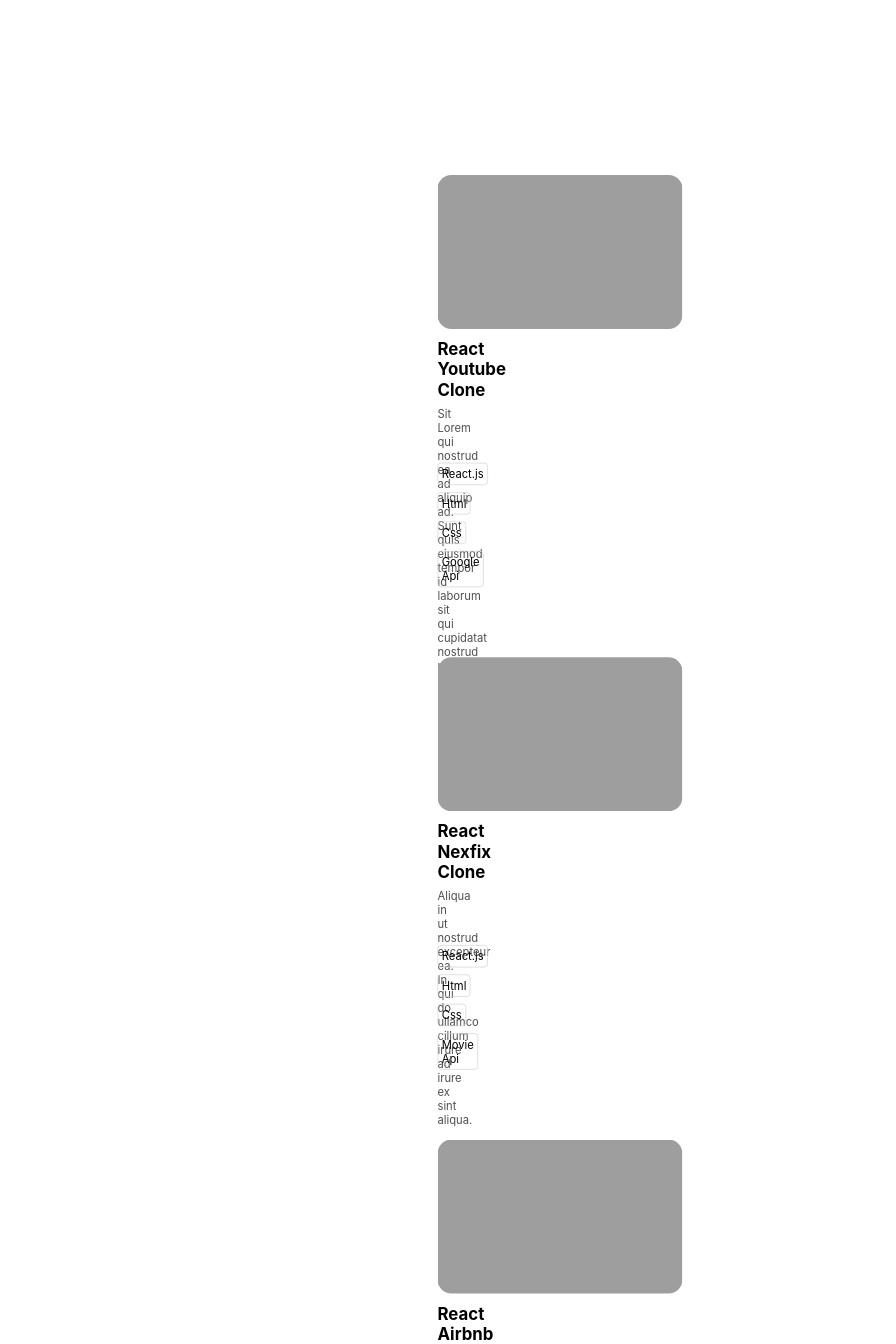
Repository: safak/safak.github.io
Page: /
The author's editor kept a copy of each file at every save. The page is drawn from the files as they stood at one save, then again after the next save.
The browser window is 1280 px wide. The pictures show the part of the page from y = 490 to 2410 px (the page is 6136 px tall), at 70% of full size.
Pictures or frames that could not be fetched are drawn as grey boxes. Backgrounds fixed to the window are drawn as part of the page. The project was rebuilt for these pictures with package versions that can differ from the ones it lists, and the page was loaded fresh each time. Also part of the build but not shown: src/App.css.

Above is the page before, as saved 2020-09-01 00:31:57.

### public/index.html
<!DOCTYPE html>
<html lang="en">
  <head>
    <meta charset="utf-8" />
    <meta name="viewport" content="width=device-width, initial-scale=1" />
    <meta name="theme-color" content="#000000" />
    <meta
      name="description"
      content="Freelance Fullstack React, Node.js Developer"
    />
    <link
      href="https://fonts.googleapis.com/css2?family=Roboto:ital,wght@0,300;0,400;0,500;0,900;1,100;1,300;1,400;1,500;1,700;1,900&display=swap"
      rel="stylesheet"
    />
    <title>Safak Kocaoglu</title>
  </head>
  <body>
    <noscript>You need to enable JavaScript to run this app.</noscript>
    <div id="root"></div>
  </body>
</html>

### src/App.js
import React, { useState, useEffect, useRef } from "react";
import "./App.css";
import Introduction from "./components/introduction/Introduction";
import Header from "./components/header/Header";
import Menu from "./components/menu/Menu";
import Portfolio from "./components/portfolio/Portfolio";
import About from "./components/about/About";
import Aos from "aos";
import "aos/dist/aos.css";

function App() {
  const [toggle, setToggle] = useState(false);
  const scrollToRef = (ref) => {
    ref.current &&
      window.scrollTo({ behavior: "smooth", top: ref.current.offsetTop });
  };
  const MenuRef = useRef();
  const HomeRef = useRef();
  const PortfolioRef = useRef();
  const AboutRef = useRef();

  useEffect(() => {
    Aos.init({
      duration: 2000,
    });
  }, []);
  return (
    <div className="app">
      <Header
        toggle={toggle}
        setToggle={setToggle}
        scrollToRef={scrollToRef}
        menuRef={MenuRef}
      />
      <div ref={MenuRef}>
        <Menu
          toggle={toggle}
          scrollToRef={scrollToRef}
          homeRef={HomeRef}
          portfolioRef={PortfolioRef}
          aboutRef={AboutRef}
        />
      </div>
      <div ref={HomeRef}>
        <Introduction scrollToRef={scrollToRef} portfolioRef={PortfolioRef} />
      </div>
      <div ref={PortfolioRef}>
        <Portfolio />
      </div>
      <div ref={AboutRef}>
        <About />
      </div>
    </div>
  );
}

export default App;

### src/components/introduction/Introduction.js
import React from "react";
import "./Introduction.css";
import { ExpandMore } from "@material-ui/icons";
import { useSpring, animated } from "react-spring";

const Introduction = ({ scrollToRef, portfolioRef }) => {
  const props = useSpring({ marginTop: 0, from: { marginTop: 500 } });

  return (
    <div className="introduction">
      <animated.div style={props} className="introductionCenter">
        <h1>Welcome to My Kitchen</h1>
        <p>
          Creative and responsive desingn, lightweight and enhanced user
          experience, clean code...
        </p>
      </animated.div>
      <ExpandMore
        className="animate-flicker"
        onClick={() => scrollToRef(portfolioRef)}
      />
    </div>
  );
};

export default Introduction;

### src/components/header/Header.js
import React from "react";
import "./Header.css";
import { Menu } from "@material-ui/icons";

const Header = ({ toggle, setToggle, scrollToRef, menuRef }) => {
  return (
    <div className="header">
      <Menu
        onClick={() => {
          setToggle(!toggle);
          scrollToRef(menuRef);
        }}
      />
    </div>
  );
};

export default Header;

### src/components/menu/Menu.js
import React from "react";
import "./Menu.css";

const Menu = ({ toggle, scrollToRef, homeRef, portfolioRef, aboutRef }) => {
  return (
    <div className={!toggle ? "deactive" : "menu"}>
      <img
        src="https://images.pexels.com/photos/262896/pexels-photo-262896.jpeg?auto=compress&cs=tinysrgb&dpr=2&h=650&w=940"
        alt="menu"
      />
      <ul className="menuList">
        <li
          className="menuListItem"
          onClick={() => {
            scrollToRef(homeRef);
          }}
        >
          Home
        </li>
        <li className="menuListItem" onClick={() => scrollToRef(portfolioRef)}>
          Portfolio
        </li>
        <li className="menuListItem" onClick={() => scrollToRef(aboutRef)}>
          About
        </li>
        <li className="menuListItem" onClick={() => scrollToRef(aboutRef)}>
          Contact
        </li>
      </ul>
    </div>
  );
};

export default Menu;

### src/components/portfolio/Portfolio.js
import React from "react";
import "./Portfolio.css";
import ProjectCard from "../projectCard/ProjectCard";
import FlipMove from "react-flip-move";

const Portfolio = () => {
  return (
    <div className="portfolio">
      <FlipMove>
        <ProjectCard
          key="youtube"
          img="https://cdn.vox-cdn.com/thumbor/szR7Ec1Qjx3ku0RPrpriEXM-Ze0=/0x0:1200x800/1200x800/filters:focal(504x304:696x496)/cdn.vox-cdn.com/uploads/chorus_image/image/65784178/homepage.0.jpeg"
          title="React Youtube Clone"
          desc="Sit Lorem qui nostrud ea ad aliquip ad. Sunt quis eiusmod tempor id laborum sit qui cupidatat nostrud ut labore laborum sint."
          tech={["React.js", "Html", "Css", "Google Api"]}
        />
        <ProjectCard
          key="netflix"
          img="https://miro.medium.com/max/3200/1*dMR3xmufnmKiw4crlisQUA.png"
          title="React Nexfix Clone"
          desc="Aliqua in ut nostrud excepteur ea. In qui do ullamco cillum irure ad irure ex sint aliqua."
          tech={["React.js", "Html", "Css", "Movie Api"]}
        />
        <ProjectCard
          key="airbnb"
          img="https://airbnb.design/wp-content/uploads/2016/05/livethere-1.jpg"
          title="React Airbnb Clone"
          desc="Labore enim occaecat consectetur in. Minim culpa eiusmod fugiat esse magna sit est ipsum."
          tech={["React.js", "Html", "Css"]}
        />
        <ProjectCard
          key="social"
          img="https://cdn.vox-cdn.com/thumbor/Cz2FwJR57tTVWwpFhi9MTo1W7S0=/1400x788/filters:format(jpeg)/cdn.vox-cdn.com/uploads/chorus_asset/file/16202304/facebook_website_redesign_1.jpg"
          title="Social Media Application"
          desc="Est officia deserunt laborum pariatur nulla fugiat ea Lorem. Lorem reprehenderit ullamco labore nisi labore tempor ea commodo in quis."
          tech={[
            "Java Spring Boot",
            "React.js",
            "Node.js",
            "Redux",
            "Redux Saga",
            "MySql",
            "Amazon S3",
            "Google Maps Api",
            "Socket.io",
            "MongoDb",
            "Html",
            "Css",
            "Bootstrap",
            "Sass",
          ]}
        />
        <ProjectCard
          key="chat"
          img="https://mir-s3-cdn-cf.behance.net/project_modules/max_1200/9e8f6c35446557.56f7cdb535c7e.jpg"
          title="Instant Chat App"
          desc="Consectetur duis deserunt velit culpa ex duis sint commodo occaecat pariatur qui. Et exercitation aute fugiat ullamco."
          tech={[
            "React.js",
            "Socket.io",
            "Node,js",
            "MongoDb",
            "Css",
            "Google Api",
          ]}
        />
        <ProjectCard
          key="blog"
          img="https://bashooka.com/wp-content/uploads/2019/01/blog-layout-design-15.jpg"
          title="Multiuser Blog Application"
          desc="In eiusmod adipisicing ex proident consectetur dolor enim nostrud sunt excepteur et."
          tech={["React.js", "Node.js", "Context Api", "Google Firebase"]}
        />
      </FlipMove>
    </div>
  );
};

export default Portfolio;

### src/components/about/About.js
import React, { useState } from "react";
import "./About.css";
import { ExpandMore, Done } from "@material-ui/icons";
import Facebook from "../../assets/facebook.svg";
import Instagram from "../../assets/instagram.svg";
import Gmail from "../../assets/gmail.svg";
import Linkedin from "../../assets/linkedin.svg";

const About = () => {
  const [mailArea, setMailArea] = useState(false);
  const [copied, setCopied] = useState(false);

  return (
    <div className="about">
      <div className="aboutInfo">
        <h1 data-aos="fade-left">Who am I?</h1>
        <p data-aos="fade-right">
          Pasionate full stack web developer and UX/UI enthusiast who wants to
          make things different that make difference. For more information
          contact me.
        </p>
        <ExpandMore className="animate-flicker" />
        <div className="aboutContact">
          <img src={Linkedin} alt="linkedin" />
          <img
            onMouseEnter={() => {
              setMailArea(!mailArea);
              setCopied(false);
            }}
            src={Gmail}
            alt="mail"
          />
          <img src={Instagram} alt="instagram" />
          <img src={Facebook} alt="facebook" />
        </div>
        <div className={mailArea ? "activeMail" : "mail"}>
          <span className="mailAddress">kocaoglusafak@gmail.com</span>
          <button
            onClick={() => {
              navigator.clipboard.writeText("kocaoglusafak@gmail.com");
              setCopied(true);
            }}
            className="copyButton"
          >
            Copy
          </button>
          <Done className={copied ? "doneActive" : "done"} />
        </div>
      </div>
    </div>
  );
};

export default About;

### src/components/introduction/Introduction.css
.introduction {
  height: 100vh;
  display: flex;
  flex-direction: column;
  align-items: center;
  justify-content: center;
}

.introductionCenter {
  display: flex;
  flex-direction: column;
  align-items: center;
  justify-content: center;
}

.introductionCenter > h1 {
  font-size: 7vw;
  color: white; /* Fallback: assume this color ON TOP of image */
  -webkit-background-clip: text;
  -webkit-text-fill-color: transparent;
  background-image: url("https://images.pexels.com/photos/15286/pexels-photo.jpg?auto=compress&cs=tinysrgb&dpr=2&w=500");
  background-attachment: fixed;
  background-position: center;
  background-repeat: no-repeat;
  background-size: cover;
  margin: 20px;
}

.introductionCenter > p {
  font-size: 24px;
  font-weight: 300;
  margin: 20px;
  color: gray;
}

.introduction > .MuiSvgIcon-root {
  font-size: 100px;
  color: #0d4324;
  cursor: pointer;
}

@keyframes flickerAnimation {
  0% {
    opacity: 1;
  }
  50% {
    opacity: 0;
  }
  100% {
    opacity: 1;
  }
}
@-o-keyframes flickerAnimation {
  0% {
    opacity: 1;
  }
  50% {
    opacity: 0;
  }
  100% {
    opacity: 1;
  }
}
@-moz-keyframes flickerAnimation {
  0% {
    opacity: 1;
  }
  50% {
    opacity: 0;
  }
  100% {
    opacity: 1;
  }
}
@-webkit-keyframes flickerAnimation {
  0% {
    opacity: 1;
  }
  50% {
    opacity: 0;
  }
  100% {
    opacity: 1;
  }
}
.animate-flicker {
  -webkit-animation: flickerAnimation 2s infinite !important;
  -moz-animation: flickerAnimation 2s infinite !important;
  -o-animation: flickerAnimation 2s infinite !important;
  animation: flickerAnimation 2s infinite !important;
}

### src/components/header/Header.css
.header {
  position: fixed;
  top: 20px;
  right: 20px;
  z-index: 999;
}

.header > .MuiSvgIcon-root {
  font-size: 50px;
  cursor: pointer;
  z-index: 999;
}

### src/components/menu/Menu.css
.menu {
  height: 100vh;
  display: flex;
  align-items: center;
  justify-content: center;
  font-size: 40px;
  font-weight: 300;
}

.deactive {
  display: none;
}

.menu > img {
  position: absolute;
  width: 50vw;
  height: 100vh;
  object-fit: cover;
  left: 0;
  opacity: 0.4;
}

.menuList {
  list-style: none;
  z-index: 100;
}

.menuListItem {
  padding: 10px;
  cursor: pointer;
  transition: 150ms ease-in;
}

.menuListItem:hover {
  transform: scale(1.1);
  color: gray;
}

### src/components/portfolio/Portfolio.css
.portfolio{
    display: flex;
    flex-wrap: wrap;
    justify-content: center;
}

### src/components/projectCard/ProjectCard.js
import React, { forwardRef } from "react";
import "./ProjectCard.css";

const ProjectCard = forwardRef(({ img, title, desc, tech }, ref) => {
  return (
    <div ref={ref} className="projectCard">
      <img src={img} alt={title} />
      <h2>{title}</h2>
      <p>{desc}</p>
      <div className="technologies">
        {tech.map((t) => (
          <span>{t}</span>
        ))}
      </div>
    </div>
  );
});

export default ProjectCard;

### src/components/about/About.css
.about {
  height: 100vh;
  background: url("https://images.pexels.com/photos/4286956/pexels-photo-4286956.jpeg?auto=compress&cs=tinysrgb&dpr=2&h=650&w=940");
  background-attachment: fixed;
  background-position: top 0 left 0;
  background-repeat: no-repeat;
  background-size: contain;
  display: flex;
}

@media only screen and (max-width: 768px) {
  /* For mobile phones: */
  .about {
    background: white;
    display: flex;
  }
}

.aboutInfo {
  width: 500px;
  margin-top: 100px;
  margin-left: auto;
  padding-right: 10px;
  display: flex;
  flex-direction: column;
}

.aboutInfo > h1 {
  font-size: 7vw;
  margin-left: auto;
}

.aboutInfo > p {
  font-size: 20px;
  font-weight: 300;
}

.aboutInfo > .MuiSvgIcon-root {
  font-size: 60px;
  margin-left: 220px;
}

@keyframes flickerAnimation {
  0% {
    opacity: 1;
  }
  50% {
    opacity: 0;
  }
  100% {
    opacity: 1;
  }
}
@-o-keyframes flickerAnimation {
  0% {
    opacity: 1;
  }
  50% {
    opacity: 0;
  }
  100% {
    opacity: 1;
  }
}
@-moz-keyframes flickerAnimation {
  0% {
    opacity: 1;
  }
  50% {
    opacity: 0;
  }
  100% {
    opacity: 1;
  }
}
@-webkit-keyframes flickerAnimation {
  0% {
    opacity: 1;
  }
  50% {
    opacity: 0;
  }
  100% {
    opacity: 1;
  }
}
.animate-flicker {
  -webkit-animation: flickerAnimation 2s infinite !important;
  -moz-animation: flickerAnimation 2s infinite !important;
  -o-animation: flickerAnimation 2s infinite !important;
  animation: flickerAnimation 2s infinite !important;
}

.aboutContact {
  text-align: center;
}

.aboutContact > img {
  width: 23px;
  padding: 10px;
  cursor: pointer;
}

.aboutContact > img:hover {
  transform: scale(1.3);
  background-color: red !important;
  border-radius: 50%;
}

.mail {
  display: none;
}

.activeMail {
  padding: 20px;
  display: flex;
  align-items: center;
  justify-content: center;
}

.mailAddress {
  border-bottom: 1px solid black;
  font-weight: 300;
}

.copyButton {
  border: 1px solid black;
  background-color: #fff;
  margin-left: 10px;
  cursor: pointer;
}

.done {
  display: none !important;
}

.doneActive {
  display: block;
  padding-left: -5px;
}

### src/components/projectCard/ProjectCard.css
.projectCard {
  width: 30px;
  padding: 20px;
  margin-bottom: 50px;
  cursor: pointer;
  transition: 200ms ease-in;
  background-color: ;
}

.projectCard:hover {
  transform: scale(1.02);
  background-color: rgb(252, 248, 248);
  border-radius: 20px;
}

.projectCard > img {
  border-radius: 20px;
  width: 350px;
  height: 220px;
  object-fit: cover;
  margin-bottom: 10px;
}

.projectCard > p {
  height: 60px;
  color: rgb(80, 78, 78);
  margin-top: 10px;
}

.technologies {
  margin-top: 20px;
  display: flex;
  flex-wrap: wrap;
}

.technologies > span {
  margin-right: 10px;
  margin-bottom: 10px;
  padding: 5px;
  border: solid thin lightgray;
  border-radius: 5px;
}

Loaded but not shown: src/index.js (common file); src/index.css (common file)

After the next save:
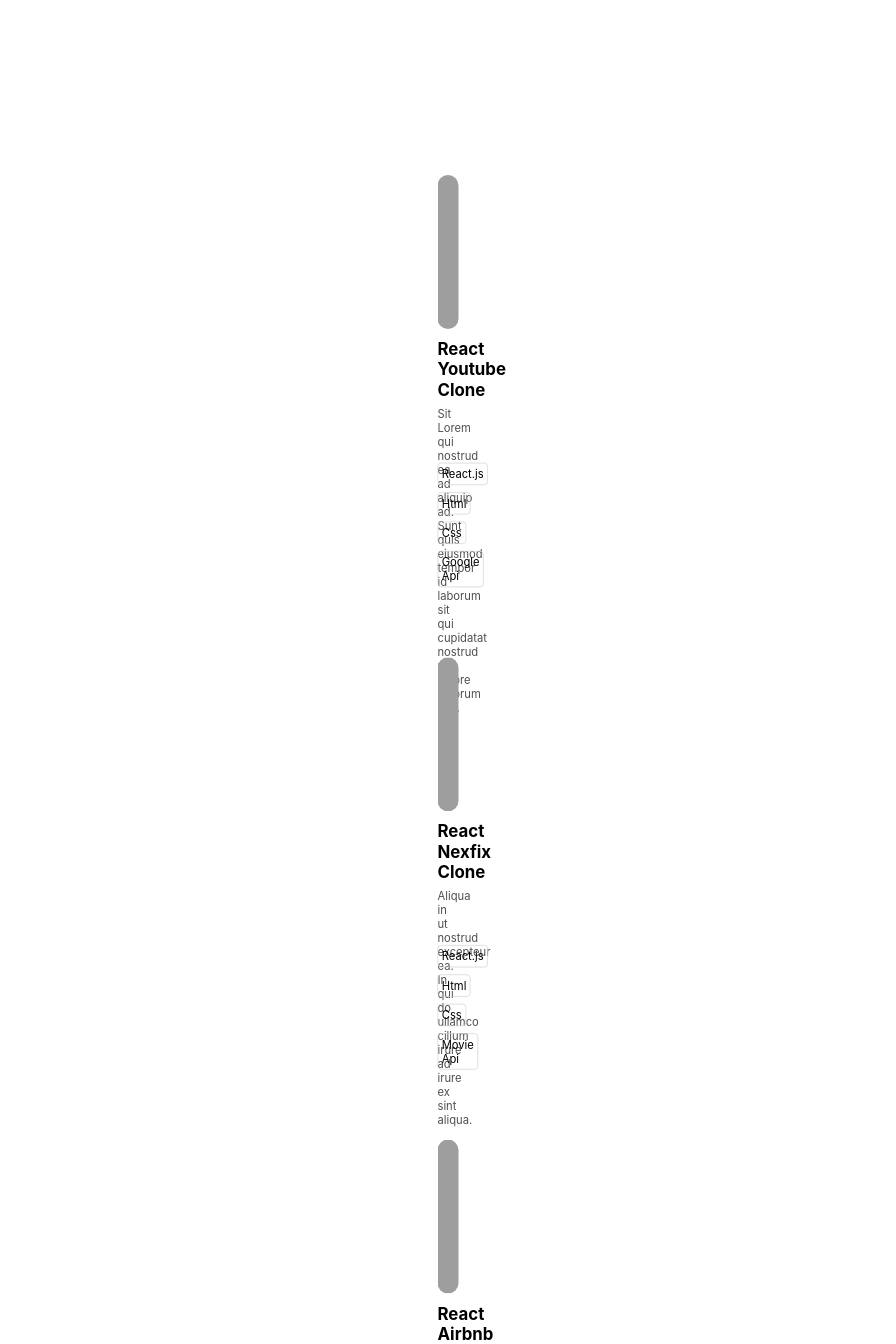
Saved 8 s later.
--- a/src/components/projectCard/ProjectCard.css
+++ b/src/components/projectCard/ProjectCard.css
@@ -15,7 +15,7 @@
 
 .projectCard > img {
   border-radius: 20px;
-  width: 350px;
+  width: 30px;
   height: 220px;
   object-fit: cover;
   margin-bottom: 10px;
